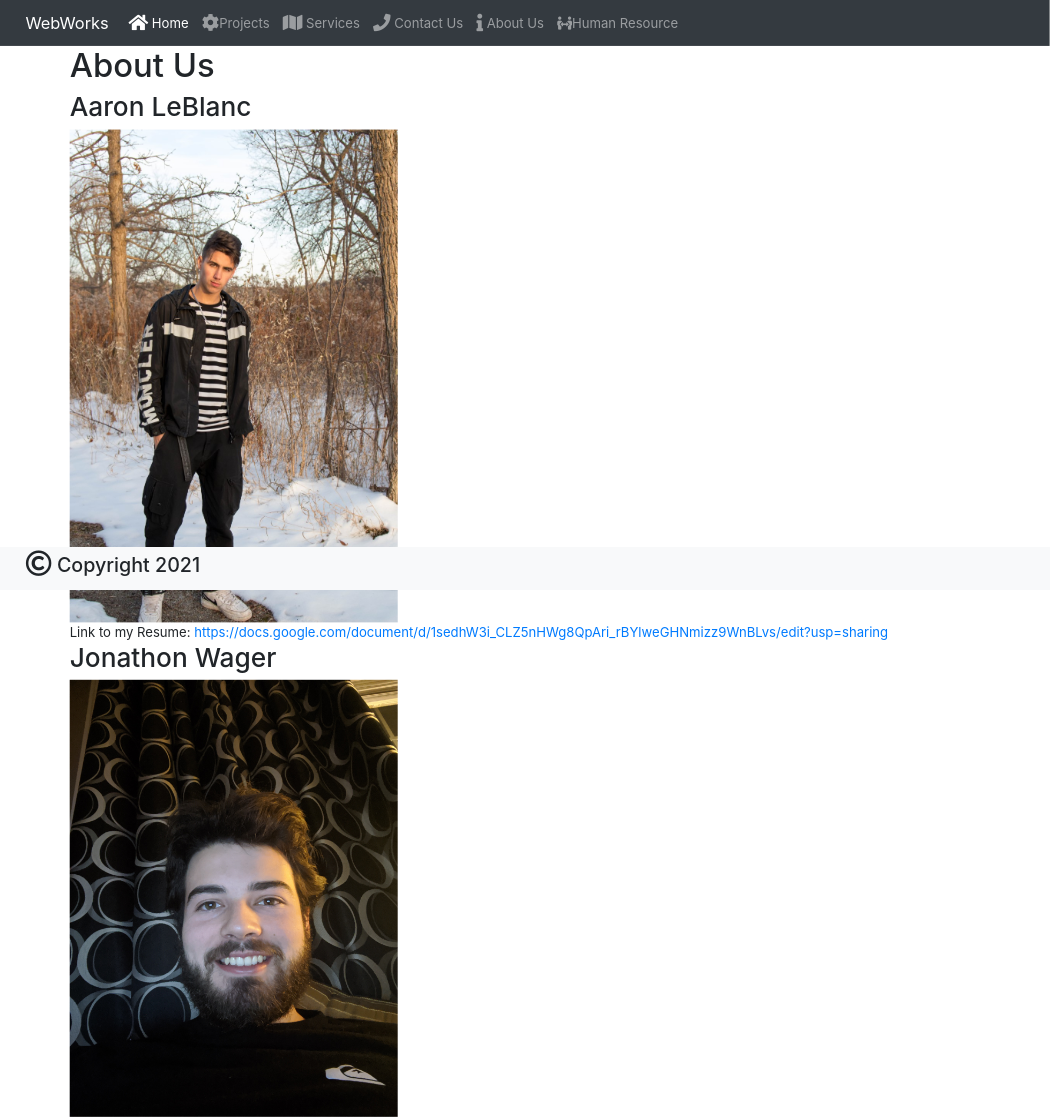
Repository: JonathonWager/Webd6202Lab1
Page: about.html
An editor plug-in stored every save of this project. The page is shown before and after the next save, followed by the edit.
The browser window is 1280 px wide. The pictures show the whole page, at 82% of full size.

Above is the page before, as saved 2021-02-05 20:05:23.
Not found: Content/app.css

After the next save:
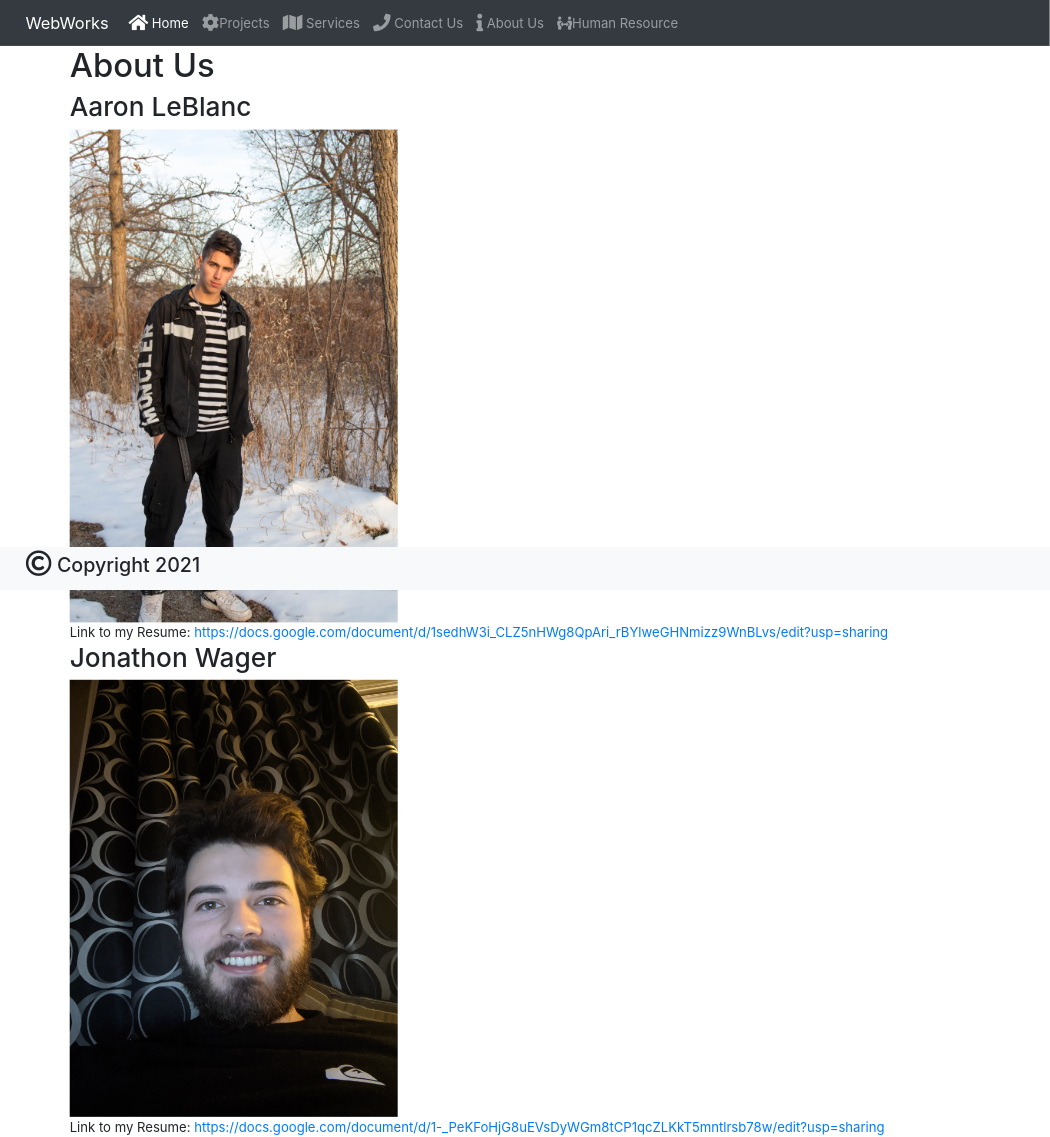
Saved 97 s later.
--- a/about.html
+++ b/about.html
@@ -55,6 +55,8 @@
       <h2>Jonathon Wager</h2>
       <div id="AboutJonathonContent"> </div>
       <img src="/Pictures/About us Page/Jonathonpic.jpg" width = 400px; alt="Deck of Cards">
+      <div> Link to my Resume:  <a href="url">https://docs.google.com/document/d/1-_PeKFoHjG8uEVsDyWGm8tCP1qcZLKkT5mntlrsb78w/edit?usp=sharing</a></div>
+
     </main>
 
     <!-- Main Footer -->
